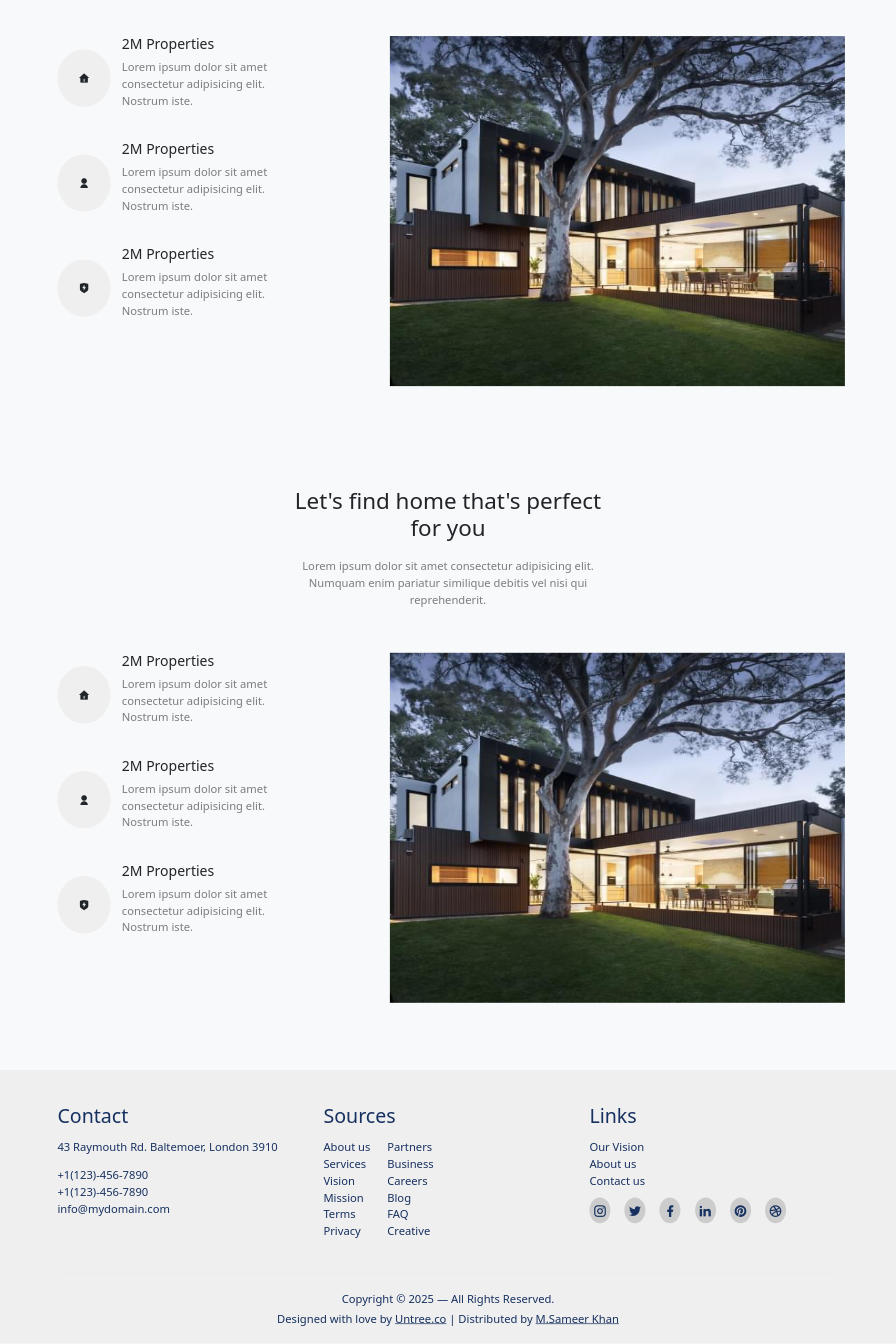
Repository: sameerrrrkhan911-git/Property
Page: about.html
The author's editor kept a copy of each file at every save. The page is drawn from the files as they stood at one save, then again after the next save.
The browser window is 1280 px wide. The pictures show the part of the page from y = 1151 to 3071 px (the page is 3071 px tall before and 3021 px after), at 70% of full size.
Some web libraries are served in a nearby version.

Above is the page before, as saved 2025-09-28 18:35:20.
Console error: TypeError: Cannot read properties of undefined (reading 'length')

### about.html
<!DOCTYPE html>
<html lang="en">
<head>
    <meta charset="utf-8">
    <meta name="viewport" content="width=device-width, initial-scale=1">
    <title>Property</title>

    <!--====== LINKS ========-->
    <link href="https://cdn.jsdelivr.net/npm/bootstrap@5.3.8/dist/css/bootstrap.min.css" rel="stylesheet">
    <link
        href="https://fonts.googleapis.com/css2?family=Montserrat:wght@400;600&family=Open+Sans:wght@400;600&display=swap"
        rel="stylesheet">
    <link href="https://unpkg.com/aos@2.3.1/dist/aos.css" rel="stylesheet">
    <link href="https://cdn.jsdelivr.net/npm/remixicon@4.5.0/fonts/remixicon.css" rel="stylesheet">
    <link href="https://cdnjs.cloudflare.com/ajax/libs/tiny-slider/2.9.4/tiny-slider.css" rel="stylesheet">
    <link rel="stylesheet" href="assets/css/style2.css">
    <link rel="stylesheet" href="assets/css/style.css">

</head>
<body>

<!--=====HEADER=====-->
    <header>
        <section id="Right-Step">
            <div class="bg-holder overlay overlay-elixir">
            </div>

            <!-- Navbar -->
            <nav
                class="navbar navbar-expand-lg green-color p-3 mt-4 sticky-top position-absolute top-0 start-50 translate-middle-x w-75 rounded-3 shadow">
                <div class="container-fluid">
                    <!-- Brand -->
                    <a class="navbar-brand text-white fw-bold" href="#">Property</a>

                    <!-- Toggler for Mobile -->
                    <button class="navbar-toggler bg-light" type="button">
                        <span class="navbar-toggler-icon"></span>
                    </button>

                    <!-- Navbar Links -->
                    <div class="collapse navbar-collapse" id="navbarNavDropdown">
                        <ul class="navbar-nav ms-auto">
                            <li class="nav-item">
                                <a class="nav-link text-white active" aria-current="page" href="index.html">Home</a>
                            </li>
                            <li class="nav-item dropdown">
                                <a class="nav-link dropdown-toggle text-white" href="#" role="button"
                                    data-bs-toggle="dropdown" aria-expanded="false">
                                    Properties
                                </a>
                                <ul class="dropdown-menu">
                                    <li><a class="dropdown-item" href="#">Action</a></li>
                                    <li><a class="dropdown-item" href="#">Another action</a></li>
                                    <li><a class="dropdown-item" href="#">Something else here</a></li>
                                </ul>
                            </li>
                            <li class="nav-item"><a class="nav-link text-white" href="service.html">Service</a></li>
                            <li class="nav-item"><a class="nav-link text-white" href="about.html">About</a></li>
                            <li class="nav-item"><a class="nav-link text-white" href="contact.html">Contact Us</a></li>
                        </ul>
                    </div>
                </div>
            </nav>

            <!--/.bg-holder-->
            <div class="forbg py-5">
                <div class="container">

                    <div class="row justify-content-center align-items-center">
                        <div class="col-lg-9 text-center mt-5">
                            <h1 class="heading aos-init aos-animate white mt-3 fw-bold" data-aos="fade-up">About</h1>

                            <nav aria-label="breadcrumb" data-aos="fade-up" data-aos-delay="200"
                                class="aos-init aos-animate">
                                <ol class="breadcrumb text-center justify-content-center">
                                    <li class="breadcrumb-item"><a href="index.html" style="color: white;">Home</a></li>
                                    <li class="ms-2 me-2 text-white-50" aria-current="page">
                                        /
                                    </li>
                                    <li class="breadcrumb-item active text-white-50" aria-current="page">
                                        About
                                    </li>
                                </ol>
                            </nav>
                        </div>
                    </div>
                </div>
            </div><!-- end of .container-->
        </section>
    </header>

    <!--====MAIN====-->

    <main>

<div class="section">
      <div class="container">
        <div class="row text-left mb-5 py-5">
          <div class="col-12">
            <h2 class="font-weight-bold heading  mb-4">About Us</h2>
          </div>
          <div class="col-lg-6">
            <p class="text-black-50">
              Lorem ipsum dolor sit amet consectetur adipisicing elit. Numquam
              enim pariatur similique debitis vel nisi qui reprehenderit totam?
              Quod maiores.
            </p>
            <p class="text-black-50">
              Lorem ipsum dolor sit amet consectetur adipisicing elit. Magni
              saepe, explicabo nihil. Est, autem error cumque ipsum repellendus
              veniam sed blanditiis unde ullam maxime veritatis perferendis
              cupiditate, at non esse!
            </p>
            <p class="text-black-50">
              Enim, nisi labore exercitationem facere cupiditate nobis quod
              autem veritatis quis minima expedita. Cumque odio illo iusto
              reiciendis, labore impedit omnis, nihil aut atque, facilis
              necessitatibus asperiores porro qui nam.
            </p>
          </div>
          <div class="col-lg-6">
            <p class="text-black-50">
              Lorem ipsum dolor sit amet consectetur adipisicing elit. Magni
              saepe, explicabo nihil. Est, autem error cumque ipsum repellendus
              veniam sed blanditiis unde ullam maxime veritatis perferendis
              cupiditate, at non esse!
            </p>
            <p class="text-black-50">
              Enim, nisi labore exercitationem facere cupiditate nobis quod
              autem veritatis quis minima expedita. Cumque odio illo iusto
              reiciendis, labore impedit omnis, nihil aut atque, facilis
              necessitatibus asperiores porro qui nam.
            </p>
          </div>
        </div>
      </div>
    </div>

 <!--Lets find home that is perfect for you  -->

      <div class="section section-4 bg-light py-5">
        <div class="container">
          <div class="row justify-content-center text-center mb-5">
            <div class="col-lg-5">
              <h2 class="font-weight-bold mb-4">
                Let's find home that's perfect for you
              </h2>
              <p class="text-black-50">
                Lorem ipsum dolor sit amet consectetur adipisicing elit. Numquam
                enim pariatur similique debitis vel nisi qui reprehenderit.
              </p>
            </div>
          </div>
          <div class="row justify-content-between mb-5 ">

            <div class="col-lg-7 mb-5 mb-lg-0 order-lg-2">
              <div class="img-about dots">
                <img src="./assets/images/img_2.jpg" alt="Image"  width="650px" height="500px">
              </div>
            </div>
            <div class="col-lg-4">
              <div class="d-flex align-items-center marginn">
                <span class="wrap-icon me-3">
                  <span class="icon-home2" style="border-radius: 50%; padding: 30px; background-color: #efefef;"><i
                      class="ri-home-4-fill"></i></span>
                </span>
                <div class="feature-text">
                  <h3 class="fs-5">2M Properties</h3>
                  <p class="text-black-50">
                    Lorem ipsum dolor sit amet consectetur adipisicing elit.
                    Nostrum iste.
                  </p>
                </div>
              </div>

              <div class="d-flex align-items-center marginn">
                <span class="wrap-icon me-3">
                  <span class="icon-home2" style="border-radius: 50%; padding: 30px; background-color: #efefef;"><i
                      class="ri-user-fill"></i></span>
                </span>
                <div class="feature-text">
                  <h3 class="fs-5">2M Properties</h3>
                  <p class="text-black-50">
                    Lorem ipsum dolor sit amet consectetur adipisicing elit.
                    Nostrum iste.
                  </p>
                </div>
              </div>

              <div class="d-flex align-items-center marginn">
                <span class="wrap-icon me-3">
                  <span class="icon-home2" style="border-radius: 50%; padding: 30px; background-color: #efefef;"><i
                      class="ri-shield-flash-fill"></i></span>
                </span>
                <div class="feature-text">
                  <h3 class="fs-5">2M Properties</h3>
                  <p class="text-black-50">
                    Lorem ipsum dolor sit amet consectetur adipisicing elit.
                    Nostrum iste.
                  </p>
                </div>
              </div>
            </div>

          </div>
        </div>
      </div>

<!--NUMBER # 2-->

<div class="section section-4 bg-light py-5">
        <div class="container">
          <div class="row justify-content-center text-center mb-5">
            <div class="col-lg-5">
              <h2 class="font-weight-bold mb-4">
                Let's find home that's perfect for you
              </h2>
              <p class="text-black-50">
                Lorem ipsum dolor sit amet consectetur adipisicing elit. Numquam
                enim pariatur similique debitis vel nisi qui reprehenderit.
              </p>
            </div>
          </div>
          <div class="row justify-content-between mb-5 ">

            <div class="col-lg-7 mb-5 mb-lg-0 order-lg-2">
              <div class="img-about dots">
                <img src="./assets/images/img_2.jpg" alt="Image"  width="650px" height="500px">
              </div>
            </div>
            <div class="col-lg-4">
              <div class="d-flex align-items-center marginn">
                <span class="wrap-icon me-3">
                  <span class="icon-home2" style="border-radius: 50%; padding: 30px; background-color: #efefef;"><i
                      class="ri-home-4-fill"></i></span>
                </span>
                <div class="feature-text">
                  <h3 class="fs-5">2M Properties</h3>
                  <p class="text-black-50">
                    Lorem ipsum dolor sit amet consectetur adipisicing elit.
                    Nostrum iste.
                  </p>
                </div>
              </div>

              <div class="d-flex align-items-center marginn">
                <span class="wrap-icon me-3">
                  <span class="icon-home2" style="border-radius: 50%; padding: 30px; background-color: #efefef;"><i
                      class="ri-user-fill"></i></span>
                </span>
                <div class="feature-text">
                  <h3 class="fs-5">2M Properties</h3>
                  <p class="text-black-50">
                    Lorem ipsum dolor sit amet consectetur adipisicing elit.
                    Nostrum iste.
                  </p>
                </div>
              </div>

              <div class="d-flex align-items-center marginn">
                <span class="wrap-icon me-3">
                  <span class="icon-home2" style="border-radius: 50%; padding: 30px; background-color: #efefef;"><i
                      class="ri-shield-flash-fill"></i></span>
                </span>
                <div class="feature-text">
                  <h3 class="fs-5">2M Properties</h3>
                  <p class="text-black-50">
                    Lorem ipsum dolor sit amet consectetur adipisicing elit.
                    Nostrum iste.
                  </p>
                </div>
              </div>
            </div>

          </div>
        </div>
      </div>


    </main>

<!-- FOOTER -->
<footer class="greyy py-5 pb-4 grey">

  <div class="container">
    <div class="row">

      <!-- Contact -->
      <div class="col-lg-4 col-md-6 mb-4">
        <h3 class="mb-3 font-color">Contact</h3>
        <address class="mb-3 font-color">43 Raymouth Rd. Baltemoer, London 3910</address>
        <ul class="list-unstyled">
          <li><a href="tel://11234567890" class=" text-decoration-none" style="color: #163060;">+1(123)-456-7890</a></li>
          <li><a href="tel://11234567890" class=" text-decoration-none" style="color: #163060;">+1(123)-456-7890</a></li>
          <li><a href="mailto:info@mydomain.com" class=" text-decoration-none" style="color: #163060;">info@mydomain.com</a></li>
        </ul>
      </div>

      <!-- Sources -->
      <div class="col-lg-4 col-md-6 mb-4">
        <h3 class="mb-3 font-color">Sources</h3>
        <div class="d-flex">
          <ul class="list-unstyled me-4">
            <li><a href="#" class="font-color text-decoration-none">About us</a></li>
            <li><a href="#" class="font-color text-decoration-none">Services</a></li>
            <li><a href="#" class="font-color text-decoration-none">Vision</a></li>
            <li><a href="#" class="font-color text-decoration-none">Mission</a></li>
            <li><a href="#" class="font-color text-decoration-none">Terms</a></li>
            <li><a href="#" class="font-color text-decoration-none">Privacy</a></li>
          </ul>
          <ul class="list-unstyled">
            <li><a href="#" class="font-color text-decoration-none">Partners</a></li>
            <li><a href="#" class="font-color text-decoration-none">Business</a></li>
            <li><a href="#" class="font-color text-decoration-none">Careers</a></li>
            <li><a href="#" class="font-color text-decoration-none">Blog</a></li>
            <li><a href="#" class="font-color text-decoration-none">FAQ</a></li>
            <li><a href="#" class="font-color text-decoration-none">Creative</a></li>
          </ul>
        </div>
      </div>

      <!-- Links & Social -->
      <div class="col-lg-4 col-md-12 mb-4">
        <h3 class="mb-3 font-color">Links</h3>
        <ul class="list-unstyled">
          <li><a href="#" class="font-color text-decoration-none">Our Vision</a></li>
          <li><a href="#" class="font-color text-decoration-none">About us</a></li>
          <li><a href="#" class="font-color text-decoration-none">Contact us</a></li>
        </ul>

        <!-- Social icons -->
        <div class="mt-3">
          <a href="#" class="font-color me-3 fs-5 roundd text-color dark-grey"><i class="ri-instagram-line"></i></a>
          <a href="#" class="font-color me-3 fs-5 roundd dark-grey" ><i class="ri-twitter-fill"></i></a>
          <a href="#" class="font-color me-3 fs-5 roundd dark-grey"><i class="ri-facebook-fill"></i></a>
          <a href="#" class="font-color me-3 fs-5 roundd dark-grey"><i class="ri-linkedin-fill"></i></a>
          <a href="#" class="font-color me-3 fs-5 roundd dark-grey"><i class="ri-pinterest-fill"></i></a>
          <a href="#" class="font-color fs-5 roundd dark-grey"><i class="ri-dribbble-line"></i></a>
        </div>
      </div>

    </div>

    <hr class="border-light">

    <!-- Copyright -->
    <div class="row">
      <div class="col-12 text-center">
        <p class="mb-1 font-color">
          Copyright © <script>document.write(new Date().getFullYear());</script> — All Rights Reserved.
        </p>
        <p class="mb-0 font-color">
          Designed with love by <a href="https://untree.co" class="font-color text-decoration-underline">Untree.co</a>
          | Distributed by <a href="https://themewagon.com/" target="_blank" class="font-color text-decoration-underline">M.Sameer Khan</a>
        </p>
      </div>
    </div>

  </div>

</footer>

  <!-- Bootstrap JS -->
  <script src="https://cdn.jsdelivr.net/npm/bootstrap@5.3.8/dist/js/bootstrap.bundle.min.js"></script>
  <!-- AOS JS -->
  <script src="https://unpkg.com/aos@2.3.1/dist/aos.js"></script>

  <script>
    AOS.init({
      duration: 1000,
      once: true
    });
  </script>

  <script src="https://cdnjs.cloudflare.com/ajax/libs/tiny-slider/2.9.4/min/tiny-slider.js"></script>

  <script>
    var slider = tns({
      container: '.property-slider',
      items: 3,
      slideBy: 1,
      autoplay: false,
      controls: true,
      nav: false,
      gutter: 20,
      controlsContainer: '.slider-controls',
      prevButton: '.prev',
      nextButton: '.next',
      responsive: {
        0: { items: 1 },
        768: { items: 2 },
        1200: { items: 3 }
      }
    });
  </script>

</body>
</html>

### assets/css/style.css
/* ==============================
   Root Variables
=================================*/
:root {
  --green-color: #005555;
   --heading-color: #2a3855;
}

.green-color {
  background-color: var(--green-color);
}

.green{
  color: var(--green-color);
}

.black{
  color: black;
}

.para{
  text-align: left;
}

.heading-color{
  color: var(--heading-color);
}

.z-9 {
  z-index: 9 !important;
}

.white {
  color: white;
}

.green-line{
   height: 2px;
  width: 120px;
 background-color: var(--green-color);
 margin-bottom: 10px;
}

.black-line{
   height: 2px;
  width: 80px;
 background-color: black;
 margin: 10px auto;
}

.white-bg{
  background-color: white;
}

.fs-6{
  font-size: 5px;
}

.marginn{
  margin-bottom: 30px;
}

.a{
  text-decoration: none;
}


.dark-grey{
  background-color: #cccccc;
}

.text-color{
  color: #909ba6;
}
/* ==============================
Header
=================================*/


/* Hero background */
.hero-header {
  background-image: url("../images/hero_bg_3.jpg") !important;
  background-repeat: no-repeat;
  background-position: center center;
  background-size: cover;
  min-height: 100vh;
  position: relative;
  display: flex;
  align-items: center;
}



/* Overlay */
.hero-header::before {
  content: "";
  position: absolute;
  top: 0;
  left: 0;
  width: 100%;
  height: 100%;
  background: rgba(0, 0, 0, 0.5);
  z-index: 0;
}

/* Keep hero text above overlay */
.hero {
  position: relative;
  z-index: 1;
}

/* White text */
.white {
  color: #fff !important;
}

/* Responsive adjustments */
@media (max-width: 768px) {
  nav.navbar {
    width: 90% !important;
    margin-top: 1rem !important;
    padding: 0.75rem 1rem !important;
  }

  .hero h1 {
    font-size: 1.75rem;
    line-height: 1.3;
  }

  .hero form {
    flex-direction: column !important;
    gap: 0.75rem;
  }

  .hero input {
    width: 100% !important;
  }

  .hero button {
    width: 100% !important;
  }
}

@media (max-width: 576px) {
  .hero h1 {
    font-size: 1.5rem;
  }
}

/* Popular properties */

.property-slider {
  overflow: hidden;
}

.property-item {
  background: #fff;
  border-radius: 8px;
  overflow: hidden;
}

.property-content {
  background: #fff;
  border-radius: 8px;
}

/* Features */

.features-1 {
    padding-top: 30px;
    position: relative;
    z-index: 8;
    text-align: center;
    background-color: rgba(0, 32, 74, 0.05);
}

/* ==========================
   Testimonials Section
========================== */

.sec-testimonials .heading {
  font-size: 2rem;
  font-weight: 700;
}

/* Prev/Next buttons */
#testimonial-nav {
  display: flex;
  gap: 10px;
}

#testimonial-nav span {
  cursor: pointer;
  font-size: 14px;
  color: #002855;
  background: #e9ecef;
  padding: 6px 14px;
  border-radius: 20px;
  transition: all 0.3s ease;
}

#testimonial-nav span:hover {
  background: #002855;
  color: #fff;
}

/* Testimonials layout */
.testimonial-slider {
  display: grid;
  grid-template-columns: repeat(auto-fit, minmax(300px, 1fr));
  gap: 40px;
  margin-top: 30px;
  text-align: center;
}

.testimonial {
  padding: 20px;
}

.testimonial img {
  width: 90px;
  height: 90px;
  object-fit: cover;
  margin-bottom: 15px;
  border: 3px solid #ddd;
}

.testimonial .rate {
  margin: 10px 0;
  font-size: 16px;
  color: #f1c40f;
}

.testimonial h3 {
  margin-bottom: 10px;
  font-size: 1.1rem;
  font-weight: 600;
}

.testimonial blockquote {
  font-style: italic;
  font-size: 0.95rem;
  color: #555;
  margin: 10px 0 15px;
}

.greyy{
  background-color: #efefef;
}

.testimonial p.text-muted {
  font-size: 0.85rem;
  color: #888;
}

.img-fluid {
   max-width: 100%;
    height: auto;
}

/* Call To Action */
.footer-cta {
  background: white ;
  padding: 50px;
}

.footer-cta .btn-primary {
  border-radius: 30px;
  font-size: 1.1rem;
  transition: all 0.3s ease;
}

.footer-cta .btn-primary:hover {
  background: #003f3f;
  transform: translateY(-3px);
  box-shadow: 0 6px 15px rgba(0,0,0,0.2);
}

/* Our Agents */
.section_1{
  background-color: #f8f9fa;
}

/* Agent Card */
.person {
  background: #fff;
  border-radius: 12px;
  padding: 60px 20px 30px;
  text-align: center;
  position: relative;
  box-shadow: 0 4px 20px rgba(0,0,0,0.05);
  transition: all 0.3s ease;
}

.person:hover {
  transform: translateY(-8px);
  box-shadow: 0 12px 30px rgba(0,0,0,0.1);
}

/* Profile Image */
.person img {
  width: 100px;
  height: 100px;
  object-fit: cover;
  border-radius: 50%;
  position: absolute;
  top: -50px;
  left: 50%;
  transform: translateX(-50%);
}

/* Text styling */
.person-contents h2 {
  margin-top: 60px;
  font-size: 1.2rem;
  font-weight: 600;
}

.person-contents .meta {
  font-size: 0.9rem;
  color: #6c757d;
  margin-bottom: 15px;
}

.person-contents p {
  font-size: 0.95rem;
  color: #555;
  margin-bottom: 20px;
}

/* Social icons */
.social a {
  display: inline-flex;
  justify-content: center;
  align-items: center;
  width: 40px;
  height: 40px;
  margin: 0 5px;
  border-radius: 50%;
  background: #002855;
  color: #fff;
  transition: all 0.3s ease;
  text-decoration: none;
}

.social a:hover {
  background: #005555;
}

h2 a {
  color: #000;
  text-decoration: none;
}

.roundd{

  border-radius: 50%;
  text-decoration: none;
  padding: 5px;
}

.font-color{
 color: #163060;
}

.forbg {
    height: 400px;
    background: linear-gradient(to bottom, rgba(0, 0, 0, 0.5), rgba(0, 0, 0, 0.5)), url(../images/hero_bg_1.jpg);
    background-size: cover;
    background-position: center;
}

a{
  text-decoration: none;
}

Loaded but not shown: assets/css/style2.css (library)

After the next save:
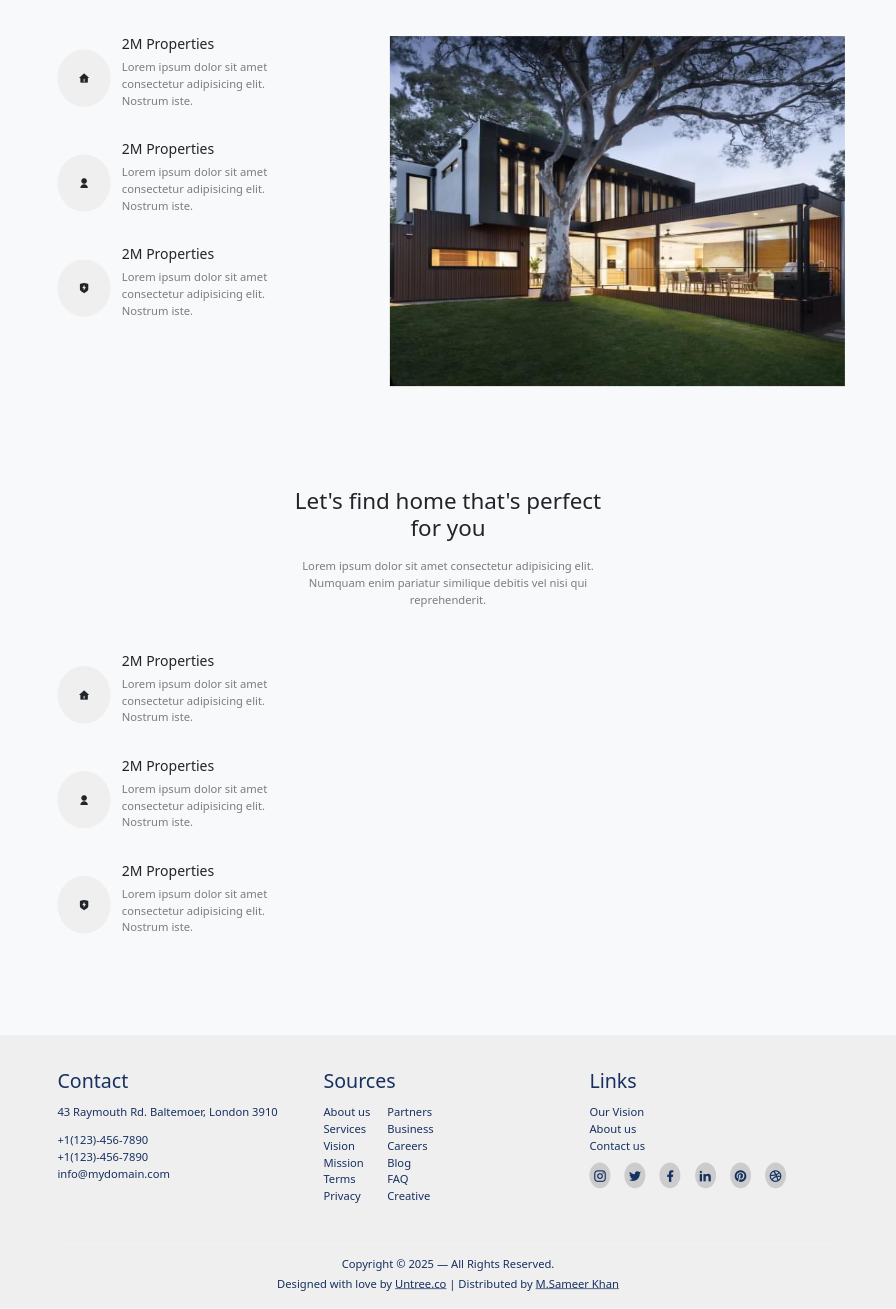
Saved 23 s later.
--- a/about.html
+++ b/about.html
@@ -223,11 +223,6 @@
           </div>
           <div class="row justify-content-between mb-5 ">
 
-            <div class="col-lg-7 mb-5 mb-lg-0 order-lg-2">
-              <div class="img-about dots">
-                <img src="./assets/images/img_2.jpg" alt="Image"  width="650px" height="500px">
-              </div>
-            </div>
             <div class="col-lg-4">
               <div class="d-flex align-items-center marginn">
                 <span class="wrap-icon me-3">
